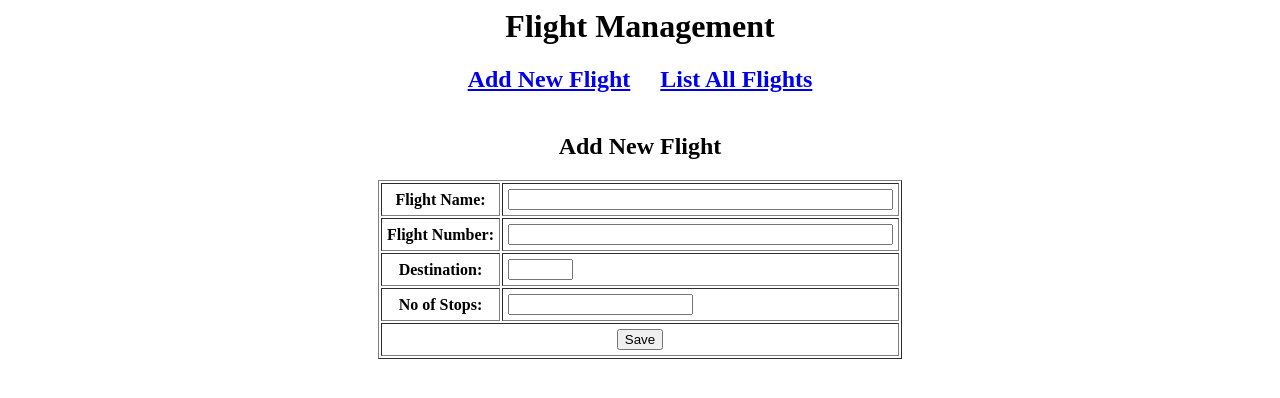
Repository: pawankas/Java_Mini_Project
Page: http://localhost/AirReservation/FlightForm.jsp
These files come from the project's save history. The page is drawn as it stood at one moment and after a run of saves; the edit follows.
The browser window is 1280 px wide. The pictures show the whole page.
The page is served by Tomcat 9. Other server files are loaded and not shown. The template is opened directly, without the code that normally fills it, so the values that code supplies are empty.

Above is the page before, as saved 2022-03-13 05:24:50.

### final/AirReservation/WebContent/FlightForm.jsp
<%@ page language="java" contentType="text/html; charset=UTF-8"
    pageEncoding="UTF-8"%>
<%@ taglib uri="http://java.sun.com/jsp/jstl/core" prefix="c" %>
<html>
<head>
    <title>Flight Reservation System</title>
</head>
<body>
    <center>
        <h1>Flight Management</h1>
        <h2>
            <a href="/new">Add New Flight</a>
            &nbsp;&nbsp;&nbsp;
            <a href="/list">List All Flights</a>

        </h2>
    </center>
    <div align="center">
        <c:if test="${flight != null}">
            <form action="update" method="post">
        </c:if>
        <c:if test="${flight == null}">
            <form action="insert" method="post">
        </c:if>
        <table border="1" cellpadding="5">
            <caption>
                <h2>
                    <c:if test="${flight != null}">
                        Edit Flight
                    </c:if>
                    <c:if test="${flight == null}">
                        Add New Flight
                    </c:if>
                </h2>
            </caption>
                <c:if test="${flight != null}">
                    <input type="hidden" name="flightid" value="<c:out value='${flight.flightid}' />" />
                </c:if>
            <tr>
                <th>Flight Name: </th>
                <td>
                    <input type="text" name="flightName" size="45"
                            value="<c:out value='${flight.flightName}' />"
                        />
                </td>
            </tr>
            <tr>
                <th>Flight Number: </th>
                <td>
                    <input type="text" name="author" size="45"
                            value="<c:out value='${flight.flightNumber}' />"
                    />
                </td>
            </tr>
            <tr>
                <th>Destination: </th>
                <td>
                    <input type="text" name="destination " size="5"
                            value="<c:out value='${flight.destination }' />"
                    />
                </td>
            </tr>
             <tr>
                <th>No of Stops: </th>
                <td>
                    <input type="number" name="noOfStops  " size="5"
                            value="<c:out value='${flight.noOfStops}' />"
                    />
                </td>
            </tr>
            <tr>
                <td colspan="2" align="center">
                    <input type="submit" value="Save" />
                </td>
            </tr>
        </table>
        </form>
    </div>
</body>
</html>

After the next 2 saves:
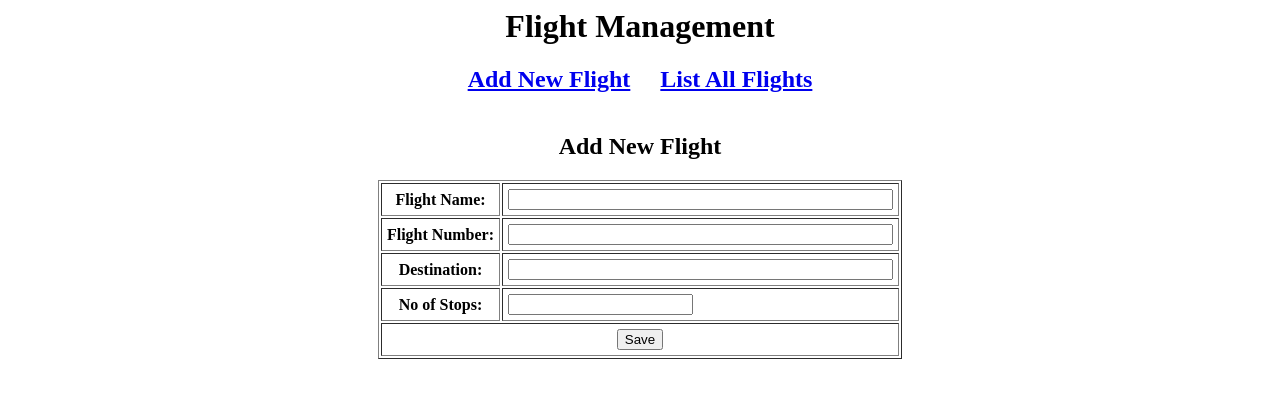
The 2 saves are shown as one change because they came seconds apart.
The last was saved 12 s later.
--- a/final/AirReservation/WebContent/FlightForm.jsp
+++ b/final/AirReservation/WebContent/FlightForm.jsp
@@ -55,7 +55,7 @@
             <tr>
                 <th>Destination: </th>
                 <td>
-                    <input type="text" name="destination " size="5"
+                    <input type="text" name="destination " size="45"
                             value="<c:out value='${flight.destination }' />"
                     />
                 </td>
@@ -63,7 +63,7 @@
              <tr>
                 <th>No of Stops: </th>
                 <td>
-                    <input type="number" name="noOfStops  " size="5"
+                    <input type="number" name="noOfStops  " size="45"
                             value="<c:out value='${flight.noOfStops}' />"
                     />
                 </td>
